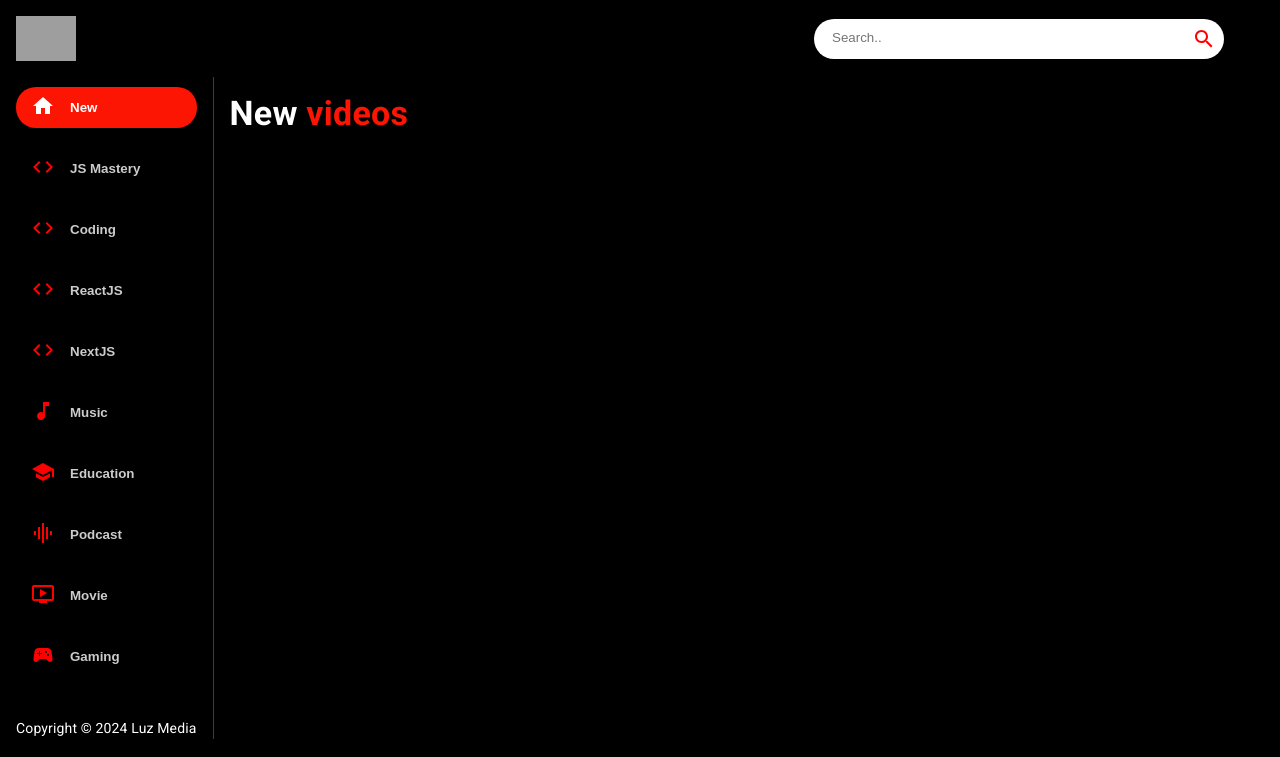
Repository: Arteinsana7/youtube_clone
Page: /
The author's editor kept a copy of each file at every save. The page is drawn from the files as they stood at one save, then again after the next save.
The browser window is 1280 px wide. The pictures show the whole page.
Pictures or frames that could not be fetched are drawn as grey boxes. The page's requests for data from a server got no answer. An inner scrolling area shows only its first screen. The project was rebuilt for these pictures with package versions that can differ from the ones it lists, and the page was loaded fresh each time. No one was signed in, and anything a server would have sent is missing. Also part of the build but not shown: src/components/ChannelDetail.jsx, src/components/SearchFeed.jsx, src/components/VideoDetail.jsx, src/components/VideoCard.jsx, src/components/ChannelCard.jsx, src/components/Videos.jsx, src/components/Loader.jsx.

Above is the page before, as saved 2024-07-04 22:19:06.

After the next save:
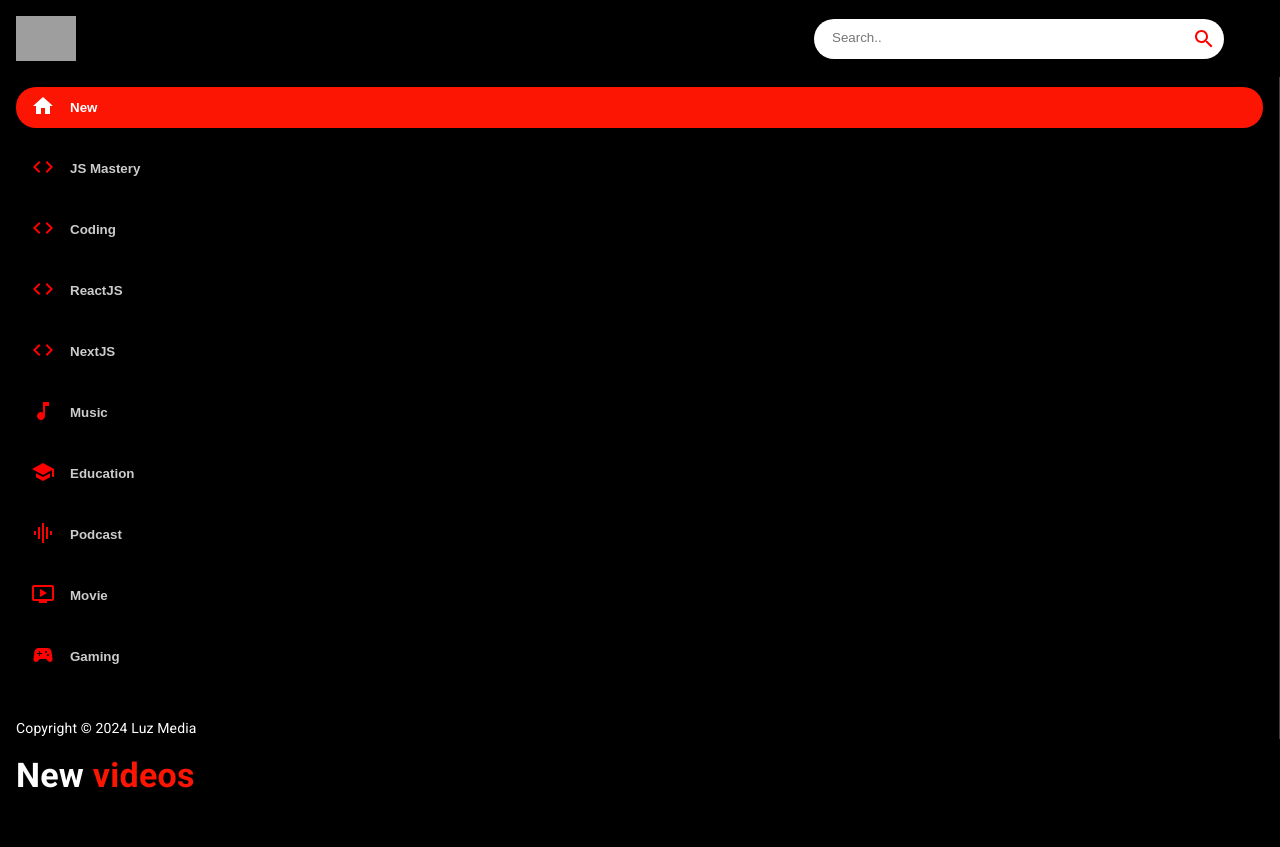
Saved 2 min 25 s later.
--- a/src/components/Feed.jsx
+++ b/src/components/Feed.jsx
@@ -16,7 +16,7 @@
     }, [selectedCategory]);
 
   return (
-    <Stack sx={{ flexDirection: { sx: "column", md: "row" } }}>
+    <Stack sx={{ flexDirection: { sx: "column", md: "row-wrap" } }}>
       <Box sx={{ height: { sx: "auto", md: "92vh" }, borderRight: "1px solid #3d3d3d", px: { sx: 0, md: 2 } }}>
         <SideBar selectedCategory={selectedCategory} setSelectedCategory={setSelectedCategory} />
 

After the save that followed:
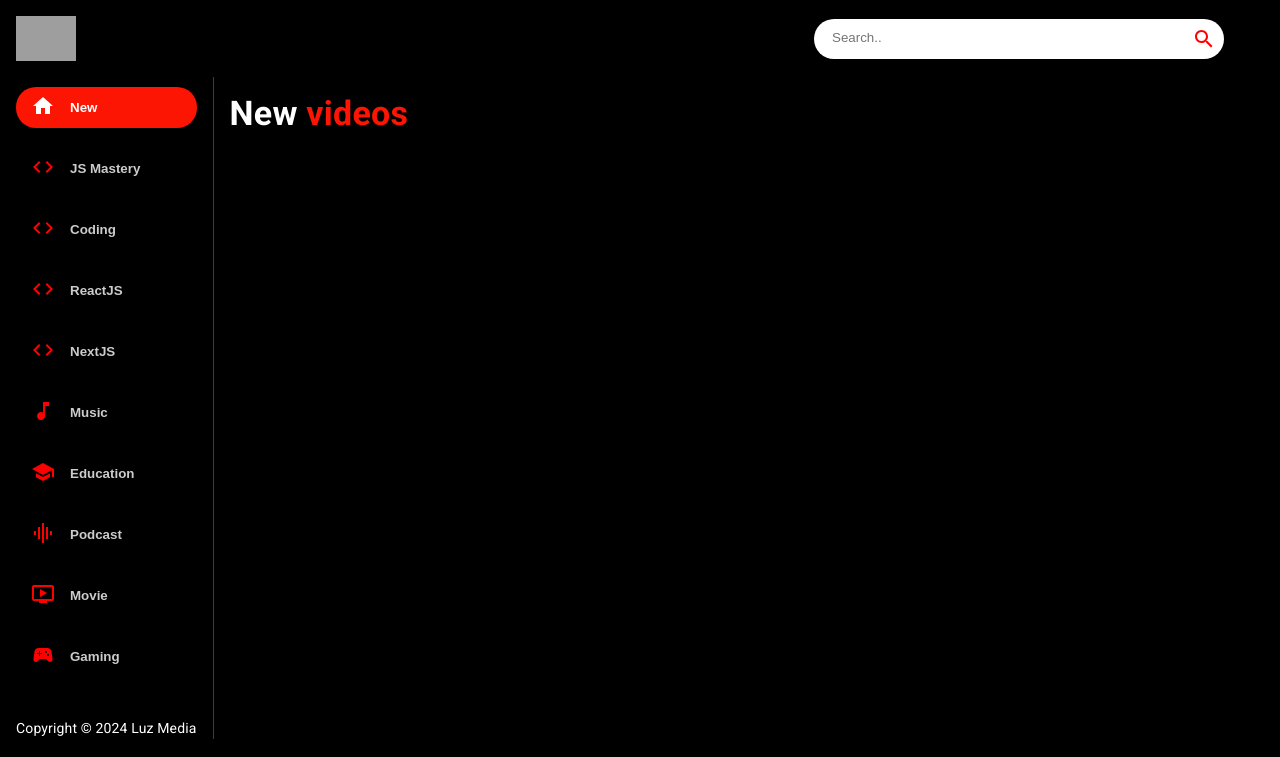
Saved 19 s later.
--- a/src/components/Feed.jsx
+++ b/src/components/Feed.jsx
@@ -16,7 +16,7 @@
     }, [selectedCategory]);
 
   return (
-    <Stack sx={{ flexDirection: { sx: "column", md: "row-wrap" } }}>
+    <Stack sx={{ flexDirection: { sx: "column", md: "row" } }}>
       <Box sx={{ height: { sx: "auto", md: "92vh" }, borderRight: "1px solid #3d3d3d", px: { sx: 0, md: 2 } }}>
         <SideBar selectedCategory={selectedCategory} setSelectedCategory={setSelectedCategory} />
 
